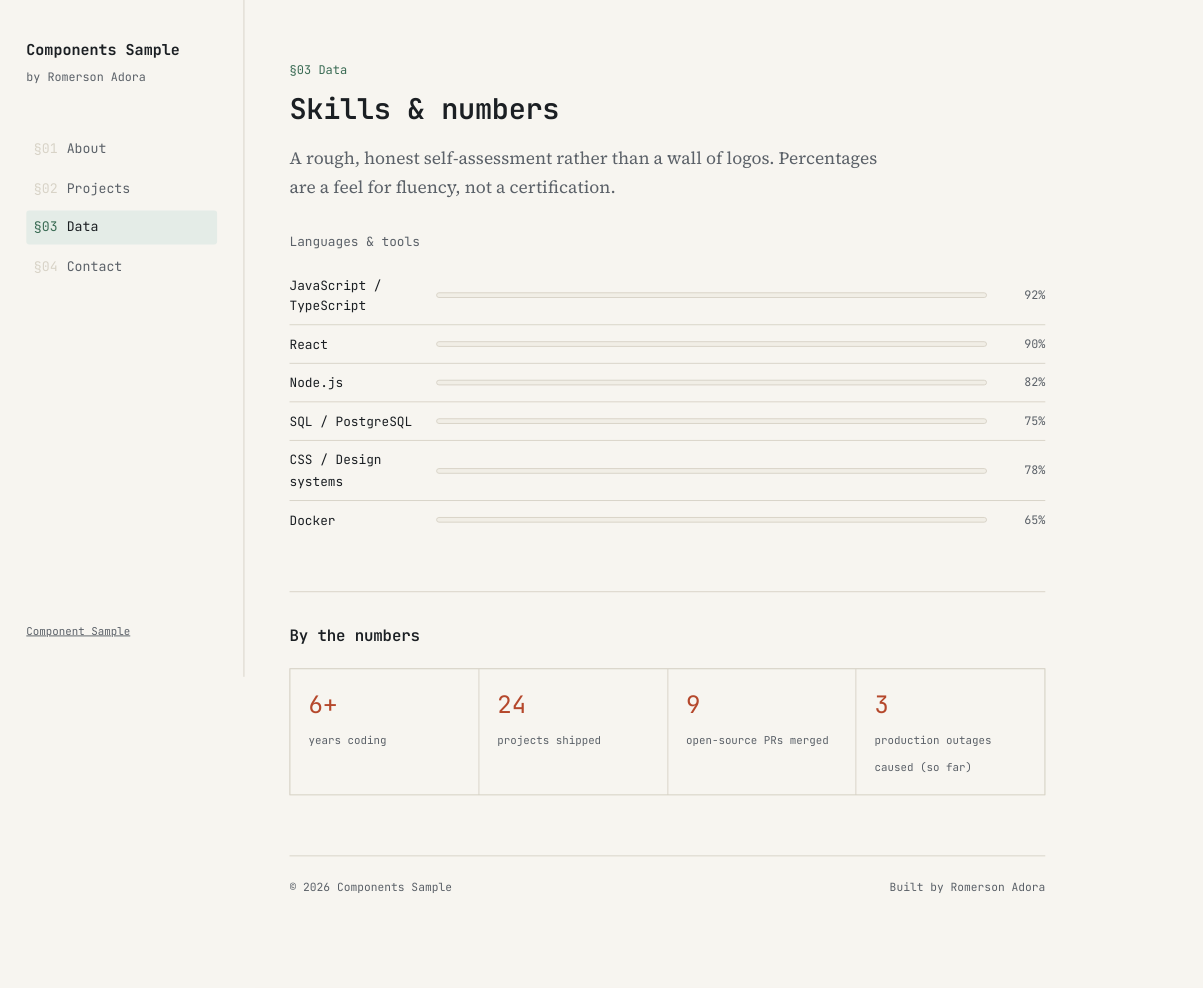
Repository: rsondev/Components-Project
Page: /data
These files come from the project's save history. The page is drawn as it stood at one moment and after the next save; the edit follows.
The browser window is 1280 px wide. The pictures show the whole page, at 94% of full size.
The project was rebuilt for these pictures with package versions that can differ from the ones it lists, and the page was loaded fresh each time. Also part of the build but not shown: vite.config.js, src/components/Button.jsx, src/pages/Home.jsx, src/components/ProjectCard.jsx, src/data/projects.js, src/pages/Projects.jsx, src/components/ContactForm.jsx, src/pages/Contact.jsx.

Above is the page before, as saved 2026-09-12 13:28:13.

After the next save:
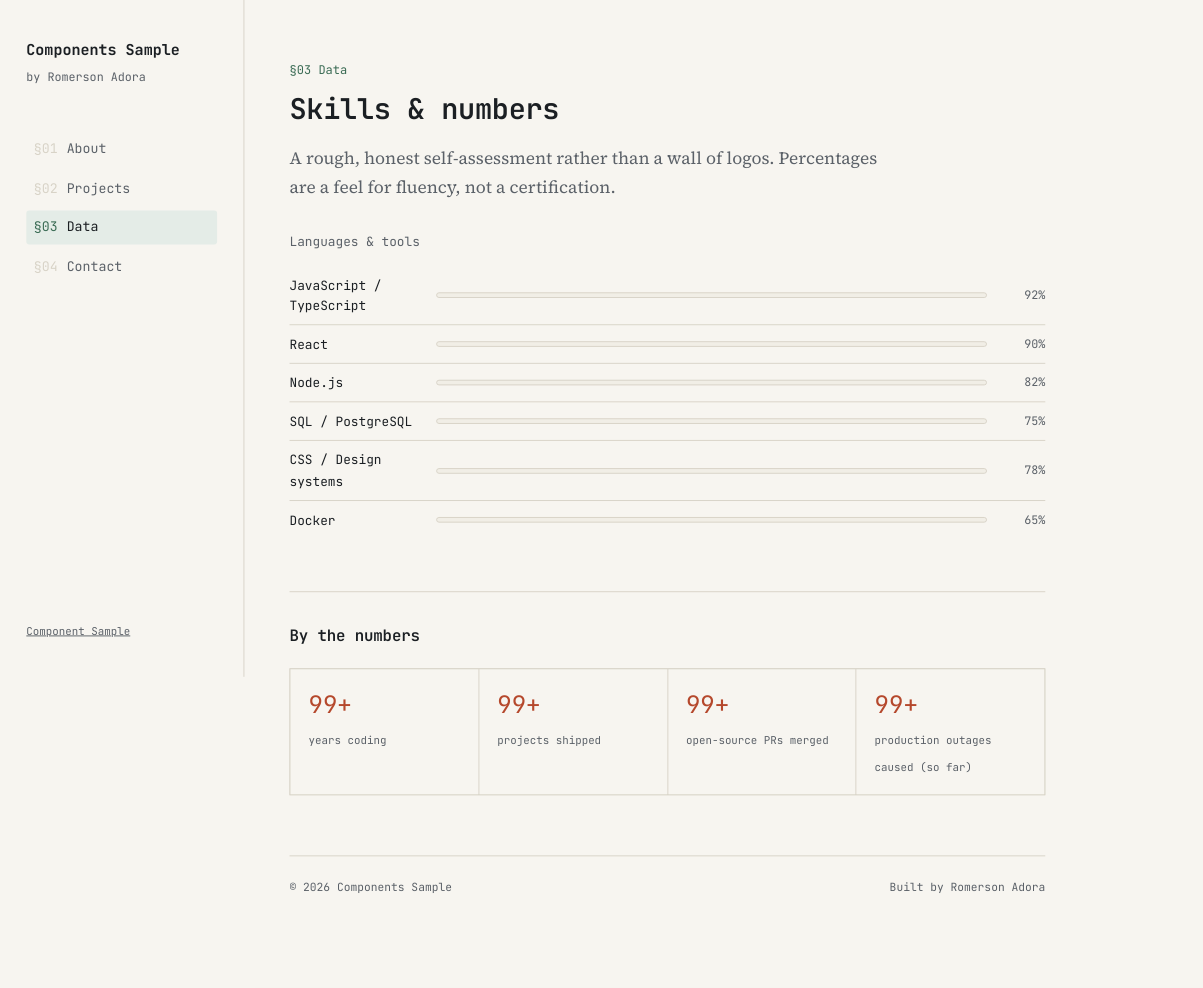
Saved 11 min 49 s later.
--- a/src/data/skills.js
+++ b/src/data/skills.js
@@ -8,8 +8,8 @@
 ]
 
 export const metrics = [
-  { num: '6+', label: 'years coding' },
-  { num: '24', label: 'projects shipped' },
-  { num: '9', label: 'open-source PRs merged' },
-  { num: '3', label: 'production outages caused (so far)' },
+  { num: '99+', label: 'years coding' },
+  { num: '99+', label: 'projects shipped' },
+  { num: '99+', label: 'open-source PRs merged' },
+  { num: '99+', label: 'production outages caused (so far)' },
 ]
